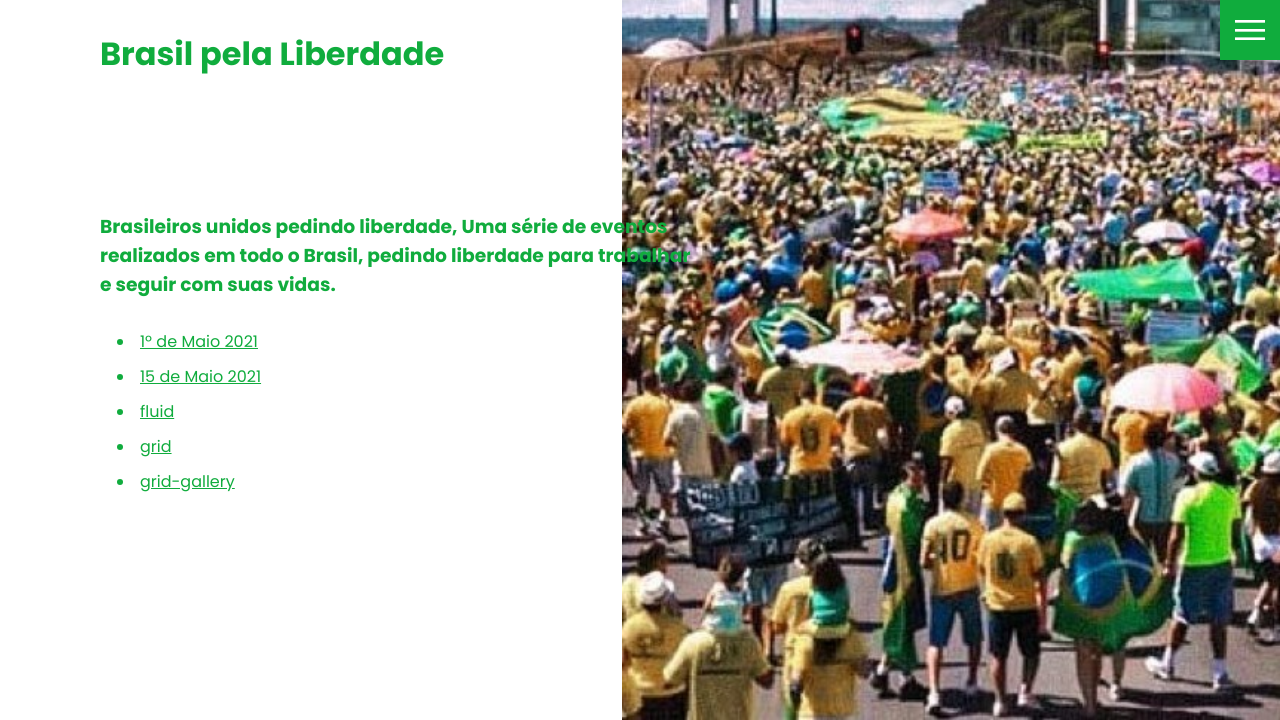
Repository: araguaci/bootstrap-gallery
Page: index.html
The author's editor kept a copy of each file at every save. The page is drawn from the files as they stood at one save, then again after the next save.
The browser window is 1280 px wide. The pictures show the whole page.

Above is the page before, as saved 2021-08-29 21:45:49.

After the next save:
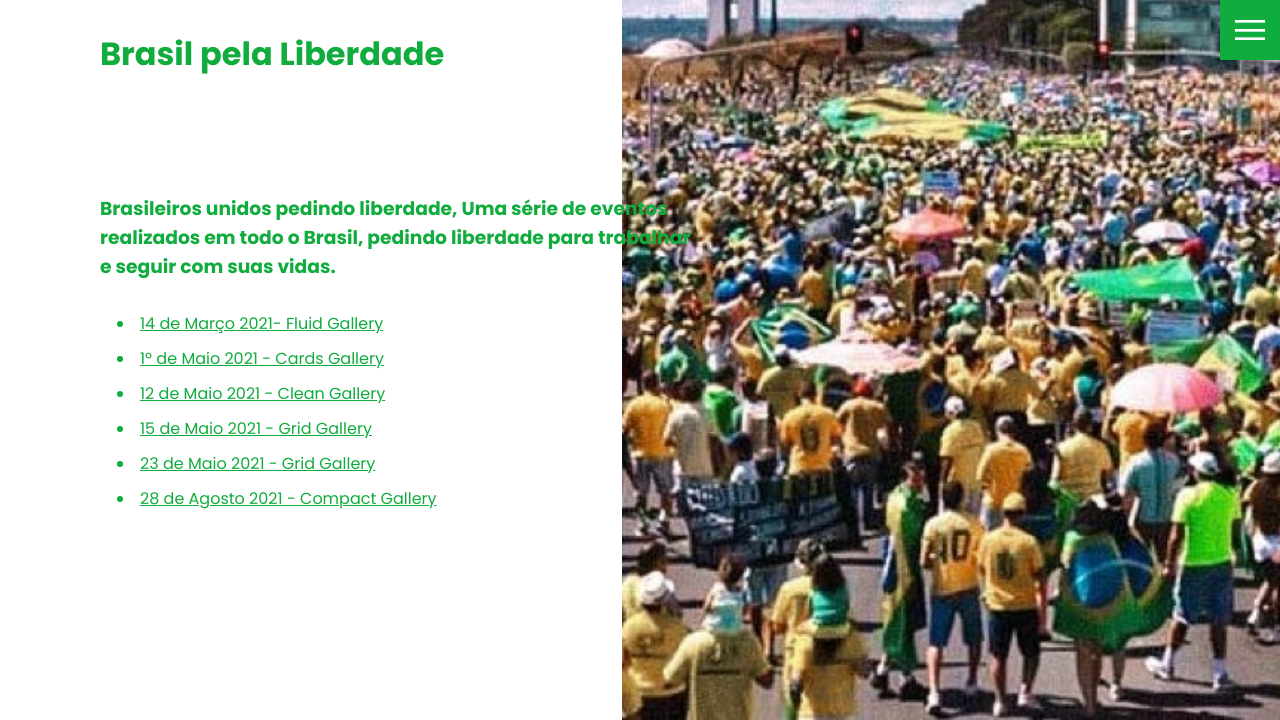
Saved 58 s later.
--- a/index.html
+++ b/index.html
@@ -54,11 +54,12 @@
                 Uma série de eventos realizados em todo o Brasil, pedindo liberdade para trabalhar e seguir com suas vidas.
                 </h3>
                 <ul style="margin-top: 15px; margin-left: 25px; padding: 10px;">
-                    <li><a href="./cards-gallery/">1º de Maio 2021</a></li>
-                    <li><a href="./clean/">15 de Maio 2021</a></li>
-                    <li><a href="./fluid/">fluid</a></li>
-                    <li><a href="./grid/">grid</a></li>
-                    <li><a href="./grid-gallery/">grid-gallery</a></li>
+                    <li><a href="./fluid/">14 de Março 2021- Fluid Gallery</a></li>
+                    <li><a href="./cards-gallery/">1º de Maio 2021 - Cards Gallery</a></li>
+                    <li><a href="./clean/">12 de Maio 2021 - Clean Gallery</a></li>
+                    <li><a href="../grid/">15 de Maio 2021 - Grid Gallery</a></li>
+                    <li><a href="./grid-gallery/">23 de Maio 2021 - Grid Gallery</a></li>
+                    <li><a href="./compact-gallery/">28 de Agosto 2021 - Compact Gallery</a></li>
                 </ul>
             </div>
         </section>
